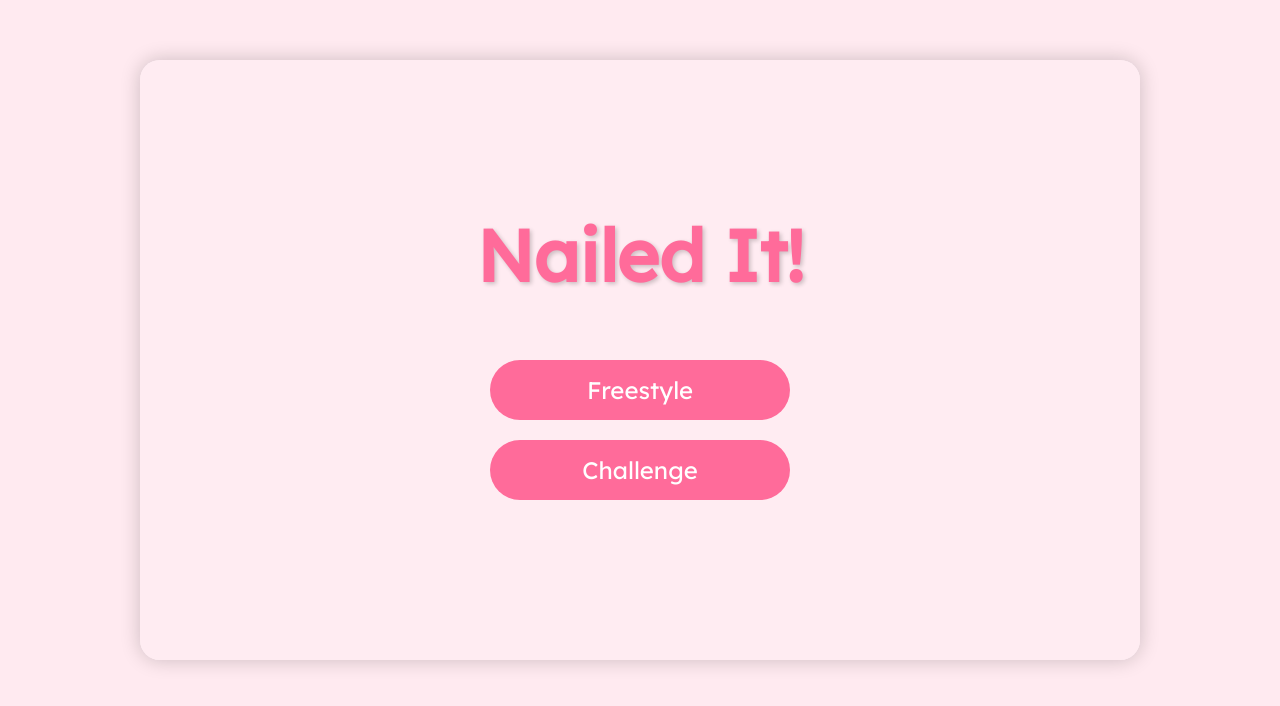
Repository: primcharlin/nailedit
Page: index.html
An editor plug-in stored every save of this project. The page is shown before and after the next save, followed by the edit.
The browser window is 1280 px wide. The pictures show the whole page.

Above is the page before, as saved 2025-04-24 21:16:51.

### index.html
<!DOCTYPE html>
<html lang="en">
    <head>
        <meta charset="UTF-8" />
        <meta
            name="viewport"
            content="width=device-width, initial-scale=1.0" />
        <title>Nail Salon Game</title>
        <link
            rel="stylesheet"
            href="styles.css" />
        <link
            href="https://fonts.googleapis.com/css2?family=Lexend&display=swap"
            rel="stylesheet" />
    </head>
    <body>
        <div id="game-container">
            <!-- Main Menu -->
            <div
                id="main-menu"
                class="menu">
                <h1>Nailed It!</h1>
                <button id="freestyle-button">Freestyle</button>
                <button id="challenge-button">Challenge</button>
            </div>

            <div
                id="character-selection"
                class="menu"
                style="display: none">
                <h1>Choose Your Character</h1>
                <div class="character-grid">
                    <div
                        class="character-option"
                        data-character="1">
                        <img
                            src="images/character1.png"
                            alt="Character 1" />
                        <p>Emma</p>
                    </div>
                    <div
                        class="character-option"
                        data-character="2">
                        <img
                            src="images/character2.png"
                            alt="Character 2" />
                        <p>Sophia</p>
                    </div>
                    <div
                        class="character-option"
                        data-character="3">
                        <img
                            src="images/character3.png"
                            alt="Character 3" />
                        <p>Olivia</p>
                    </div>
                </div>
                <button id="back-to-mode">Back</button>
            </div>

            <!-- Game Area -->
            <div
                id="game-area"
                class="game-area"
                style="display: none">
                <!-- Tools Panel will be created dynamically -->
                <div id="tools-panel"></div>

                <div id="hand">
                    <div
                        class="nail"
                        id="nail-1"></div>
                    <div
                        class="nail"
                        id="nail-2"></div>
                    <div
                        class="nail"
                        id="nail-3"></div>
                    <div
                        class="nail"
                        id="nail-4"></div>
                    <div
                        class="nail"
                        id="nail-5"></div>
                </div>

                <!-- Challenge Mode UI -->
                <div id="challenge-ui">
                    <h2>Reference Design</h2>
                    <div id="reference-image">
                        <div
                            class="reference-nail"
                            id="ref-nail-1"></div>
                        <div
                            class="reference-nail"
                            id="ref-nail-2"></div>
                        <div
                            class="reference-nail"
                            id="ref-nail-3"></div>
                        <div
                            class="reference-nail"
                            id="ref-nail-4"></div>
                        <div
                            class="reference-nail"
                            id="ref-nail-5"></div>
                    </div>
                    <div id="timer">60</div>
                </div>

                <!-- Controls -->
                <div id="controls">
                    <button
                        class="control-button"
                        id="reset-button">
                        Reset
                    </button>
                    <button
                        class="control-button"
                        id="back-button">
                        Main Menu
                    </button>
                    <button
                        class="control-button"
                        id="done-button">
                        Done
                    </button>
                </div>
            </div>

            <!-- Result Modal -->
            <div id="result-modal">
                <h2 id="result-title">Challenge Complete!</h2>
                <p id="result-message">You scored 85% match. Great job!</p>
                <div id="result-buttons">
                    <button
                        class="control-button"
                        id="try-again-button">
                        Try Again
                    </button>
                    <button
                        class="control-button"
                        id="menu-button">
                        Main Menu
                    </button>
                </div>
            </div>
        </div>

        <script src="script.js"></script>
    </body>
</html>

### styles.css
* {
    margin: 0;
    padding: 0;
    box-sizing: border-box;
    font-family: "Lexend", sans-serif;
}

body {
    background-color: #ffeaf0;
    display: flex;
    justify-content: center;
    align-items: center;
    min-height: 100vh;
    overflow: hidden;
}

h1 {
    font-family: "Lexend", sans-serif;
}

#game-container {
    width: 1000px;
    height: 600px;
    position: relative;
    background-color: #fff6f9;
    background-size: cover;
    box-shadow: 0 0 20px rgba(0, 0, 0, 0.2);
    overflow: hidden;
    border-radius: 20px;
}

/* Main Menu */
#main-menu {
    position: absolute;
    width: 100%;
    height: 100%;
    display: flex;
    flex-direction: column;
    justify-content: center;
    align-items: center;
    background-color: rgba(255, 234, 240, 0.8);
    z-index: 100;
}

#main-menu h1 {
    font-size: 72px;
    color: #ff6b9a;
    margin-bottom: 50px;
    text-shadow: 2px 2px 4px rgba(0, 0, 0, 0.2);
}

#main-menu button {
    background-color: #ff6b9a;
    color: white;
    border: none;
    padding: 15px 30px;
    margin: 10px;
    font-size: 24px;
    border-radius: 30px;
    cursor: pointer;
    transition: all 0.3s ease;
    width: 300px;
}

#main-menu button:hover {
    background-color: #ff4d85;
    transform: scale(1.05);
}

/* Character Selection */
#character-selection {
    position: absolute;
    width: 100%;
    height: 100%;
    display: flex;
    flex-direction: column;
    justify-content: center;
    align-items: center;
    background-color: rgba(255, 234, 240, 0.8);
    z-index: 100;
}

#character-selection h1 {
    font-size: 48px;
    color: #ff6b9a;
    margin-bottom: 30px;
    text-shadow: 2px 2px 4px rgba(0, 0, 0, 0.2);
}

/* Game Area */
#game-area {
    display: none;
    width: 100%;
    height: 100%;
    position: relative;
}

/* Horizontal Tools Panel */
.horizontal-tools-panel {
    position: absolute;
    top: 20px;
    left: 50%;
    transform: translateX(-50%);
    width: 90%;
    background-color: white;
    border-radius: 20px;
    padding: 15px;
    box-shadow: 0 0 15px rgba(0, 0, 0, 0.1);
    z-index: 10;
}

.category-bar {
    display: flex;
    justify-content: space-between;
    align-items: center;
}

.category-button {
    display: flex;
    flex-direction: column;
    align-items: center;
    padding: 10px;
    border-radius: 10px;
    cursor: pointer;
    transition: all 0.2s ease;
}

.category-button:hover {
    background-color: #ffdee7;
}

.category-button.active {
    background-color: #ffb8cb;
}

.category-icon {
    margin-bottom: 5px;
}

.category-name {
    font-size: 14px;
    text-align: center;
}

.options-container {
    display: none;
    margin-top: 15px;
    padding-top: 15px;
    border-top: 1px solid #eee;
    justify-content: space-between;
}

.option-item {
    width: 60px;
    height: 60px;
    display: flex;
    align-items: center;
    justify-content: center;
    border-radius: 10px;
    cursor: pointer;
    transition: all 0.2s ease;
    margin: 0 5px;
}

.option-item:hover {
    transform: scale(1.1);
}

.option-item.selected {
    border: 3px solid #ff6b9a;
}

.color-preview {
    width: 45px;
    height: 45px;
    border-radius: 50%;
}

.deco-preview {
    width: 45px;
    height: 45px;
    background-size: contain;
    background-repeat: no-repeat;
    background-position: center;
}

/* Hand area */
#hand {
    position: absolute;
    bottom: 60px;
    left: 50%;
    transform: translateX(-50%);
    width: 600px;
    height: 300px;
    background-color: #ffebe7;
    border-radius: 200px 200px 0 0;
}

.nail {
    position: absolute;
    width: 60px;
    height: 90px;
    background-color: #ffdee7;
    border-radius: 30px 30px 0 0;
    cursor: pointer;
    z-index: 5;
    transition: all 0.2s ease;
}

.nail:hover {
    transform: translateY(-5px);
}

#nail-1 {
    bottom: 50px;
    left: 120px;
    transform: rotate(-15deg);
}
#nail-2 {
    bottom: 70px;
    left: 210px;
    transform: rotate(-7deg);
}
#nail-3 {
    bottom: 80px;
    left: 300px;
}
#nail-4 {
    bottom: 70px;
    left: 390px;
    transform: rotate(7deg);
}
#nail-5 {
    bottom: 50px;
    left: 480px;
    transform: rotate(15deg);
}

/* Decoration classes */
.glitter-gold {
    background-image: radial-gradient(circle, #ffdc73 10%, transparent 10%),
        radial-gradient(circle, #ffdc73 10%, transparent 10%);
    background-color: gold;
    background-size: 10px 10px;
    background-position: 0 0, 5px 5px;
}
.glitter-silver {
    background-image: radial-gradient(circle, #ffffff 10%, transparent 10%),
        radial-gradient(circle, #ffffff 10%, transparent 10%);
    background-color: silver;
    background-size: 10px 10px;
    background-position: 0 0, 5px 5px;
}
.glitter-rainbow {
    background-image: linear-gradient(
        45deg,
        red,
        orange,
        yellow,
        green,
        blue,
        indigo,
        violet
    );
}
.glitter-blue {
    background-image: radial-gradient(circle, #ffffff 10%, transparent 10%),
        radial-gradient(circle, #ffffff 10%, transparent 10%);
    background-color: #00ffff;
    background-size: 10px 10px;
    background-position: 0 0, 5px 5px;
}
.glitter-pink {
    background-image: radial-gradient(circle, #ffffff 10%, transparent 10%),
        radial-gradient(circle, #ffffff 10%, transparent 10%);
    background-color: #ff69b4;
    background-size: 10px 10px;
    background-position: 0 0, 5px 5px;
}

.pattern-stripes {
    background-image: repeating-linear-gradient(
        45deg,
        transparent,
        transparent 10px,
        #ff6b9a 10px,
        #ff6b9a 20px
    );
}
.pattern-dots {
    background-image: radial-gradient(circle, #ff6b9a 20%, transparent 20%),
        radial-gradient(circle, #ff6b9a 20%, transparent 20%);
    background-size: 20px 20px;
    background-position: 0 0, 10px 10px;
}
.pattern-zigzag {
    background-image: linear-gradient(135deg, #ff6b9a 25%, transparent 25%) 0 0,
        linear-gradient(225deg, #ff6b9a 25%, transparent 25%) 0 0,
        linear-gradient(315deg, #ff6b9a 25%, transparent 25%) 0 0,
        linear-gradient(45deg, #ff6b9a 25%, transparent 25%) 0 0;
    background-size: 20px 20px;
}
.pattern-leopard {
    background-image: radial-gradient(
        ellipse,
        #000000 0%,
        #000000 30%,
        transparent 30%
    );
    background-size: 30px 30px;
    background-repeat: repeat;
}
.pattern-marble {
    background-image: linear-gradient(
            to right,
            rgba(255, 255, 255, 0.1),
            rgba(255, 255, 255, 0.5)
        ),
        linear-gradient(120deg, rgba(0, 0, 0, 0.1), rgba(0, 0, 0, 0.3));
}

.sticker-heart:after {
    content: "❤";
    font-size: 40px;
    color: red;
    display: flex;
    justify-content: center;
    align-items: center;
    height: 100%;
}
.sticker-star:after {
    content: "★";
    font-size: 40px;
    color: gold;
    display: flex;
    justify-content: center;
    align-items: center;
    height: 100%;
}
.sticker-flower:after {
    content: "✿";
    font-size: 40px;
    color: #ff6b9a;
    display: flex;
    justify-content: center;
    align-items: center;
    height: 100%;
}
.sticker-butterfly:after {
    content: "🦋";
    font-size: 40px;
    display: flex;
    justify-content: center;
    align-items: center;
    height: 100%;
}
.sticker-diamond:after {
    content: "💎";
    font-size: 40px;
    display: flex;
    justify-content: center;
    align-items: center;
    height: 100%;
}

.gem-round:after {
    content: "";
    position: absolute;
    top: 50%;
    left: 50%;
    transform: translate(-50%, -50%);
    width: 20px;
    height: 20px;
    background-color: #00ffff;
    border-radius: 50%;
    box-shadow: 0 0 5px #00ffff, 0 0 10px #00ffff;
}
.gem-square:after {
    content: "";
    position: absolute;
    top: 50%;
    left: 50%;
    transform: translate(-50%, -50%);
    width: 20px;
    height: 20px;
    background-color: #ff00ff;
    box-shadow: 0 0 5px #ff00ff, 0 0 10px #ff00ff;
}
.gem-teardrop:after {
    content: "";
    position: absolute;
    top: 50%;
    left: 50%;
    transform: translate(-50%, -50%) rotate(45deg);
    width: 15px;
    height: 25px;
    background-color: #4169e1;
    border-radius: 50% 50% 50% 0;
    box-shadow: 0 0 5px #4169e1, 0 0 10px #4169e1;
}
.gem-heart:after {
    content: "❤";
    font-size: 25px;
    color: #ff0000;
    display: flex;
    justify-content: center;
    align-items: center;
    height: 100%;
    text-shadow: 0 0 5px #ff0000, 0 0 10px #ff0000;
}
.gem-star:after {
    content: "★";
    font-size: 25px;
    color: #ffd700;
    display: flex;
    justify-content: center;
    align-items: center;
    height: 100%;
    text-shadow: 0 0 5px #ffd700, 0 0 10px #ffd700;
}

/* Challenge Mode UI */
#challenge-ui {
    display: none;
    position: absolute;
    top: 100px;
    right: 20px;
    width: 200px;
    background-color: white;
    border-radius: 20px;
    padding: 20px;
    box-shadow: 0 0 15px rgba(0, 0, 0, 0.1);
}

#reference-image {
    width: 100%;
    height: 150px;
    background-color: #ffdee7;
    margin-bottom: 20px;
    border: 1px solid #ddd;
    border-radius: 10px;
    display: flex;
    justify-content: center;
    align-items: center;
}

#timer {
    font-size: 32px;
    text-align: center;
    margin-bottom: 20px;
    color: #ff6b9a;
}

/* UI Controls */
#controls {
    position: absolute;
    bottom: 20px;
    left: 50%;
    transform: translateX(-50%);
    display: flex;
    gap: 20px;
}

.control-button {
    background-color: #ff6b9a;
    color: white;
    border: none;
    padding: 10px 20px;
    font-size: 18px;
    border-radius: 20px;
    cursor: pointer;
    transition: all 0.3s ease;
}

.control-button:hover {
    background-color: #ff4d85;
}

/* Modal for results */
#result-modal {
    display: none;
    position: absolute;
    top: 50%;
    left: 50%;
    transform: translate(-50%, -50%);
    width: 400px;
    background-color: white;
    border-radius: 20px;
    padding: 30px;
    box-shadow: 0 0 30px rgba(0, 0, 0, 0.3);
    text-align: center;
    z-index: 200;
}

#result-title {
    font-size: 36px;
    margin-bottom: 20px;
    color: #ff6b9a;
}

#result-message {
    font-size: 20px;
    margin-bottom: 30px;
}

#result-buttons {
    display: flex;
    justify-content: center;
    gap: 20px;
}

/* Reference nails for challenge mode */
.reference-nail {
    width: 25px;
    height: 40px;
    background-color: #ffdee7;
    border-radius: 15px 15px 0 0;
    display: inline-block;
    margin: 0 3px;
}

.character-grid {
    display: grid;
    grid-template-columns: repeat(3, 1fr);
    gap: 20px;
    margin: 20px 0;
}

.character-option {
    display: flex;
    flex-direction: column;
    align-items: center;
    padding: 15px;
    border: 2px solid #ff6b9a;
    border-radius: 10px;
    cursor: pointer;
    transition: transform 0.2s, box-shadow 0.2s;
}

.character-option:hover {
    transform: scale(1.05);
    box-shadow: 0 0 15px rgba(255, 107, 154, 0.3);
}

.character-option img {
    width: 120px;
    height: 120px;
    object-fit: cover;
    border-radius: 50%;
    margin-bottom: 10px;
}

.character-option p {
    margin: 0;
    font-size: 1.2em;
    color: #333;
}

#back-to-mode {
    margin-top: 20px;
    padding: 10px 20px;
    background-color: #ff6b9a;
    color: white;
    border: none;
    border-radius: 5px;
    cursor: pointer;
    font-size: 1em;
    transition: background-color 0.2s;
}

#back-to-mode:hover {
    background-color: #ff4d8a;
}

Loaded but not shown: script.js (695 lines, source omitted)

After the next save:
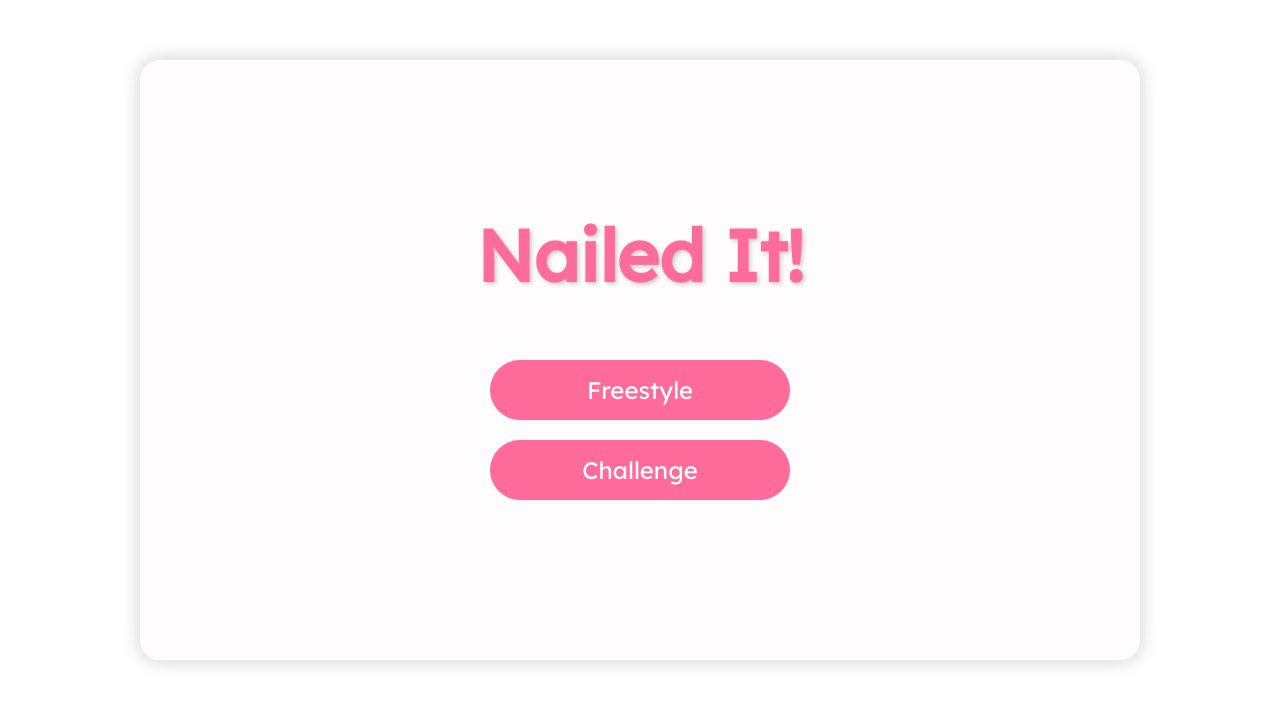
Saved 56 s later.
--- a/styles.css
+++ b/styles.css
@@ -6,7 +6,7 @@
 }
 
 body {
-    background-color: #ffeaf0;
+    background-color: background-image: url('images/background.png');
     display: flex;
     justify-content: center;
     align-items: center;
@@ -24,6 +24,7 @@ h1 {
     position: relative;
     background-color: #fff6f9;
     background-size: cover;
+    background-position: center;
     box-shadow: 0 0 20px rgba(0, 0, 0, 0.2);
     overflow: hidden;
     border-radius: 20px;
@@ -38,7 +39,7 @@ h1 {
     flex-direction: column;
     justify-content: center;
     align-items: center;
-    background-color: rgba(255, 234, 240, 0.8);
+    background-color: rgba(255, 255, 255, 0.7);
     z-index: 100;
 }
 
